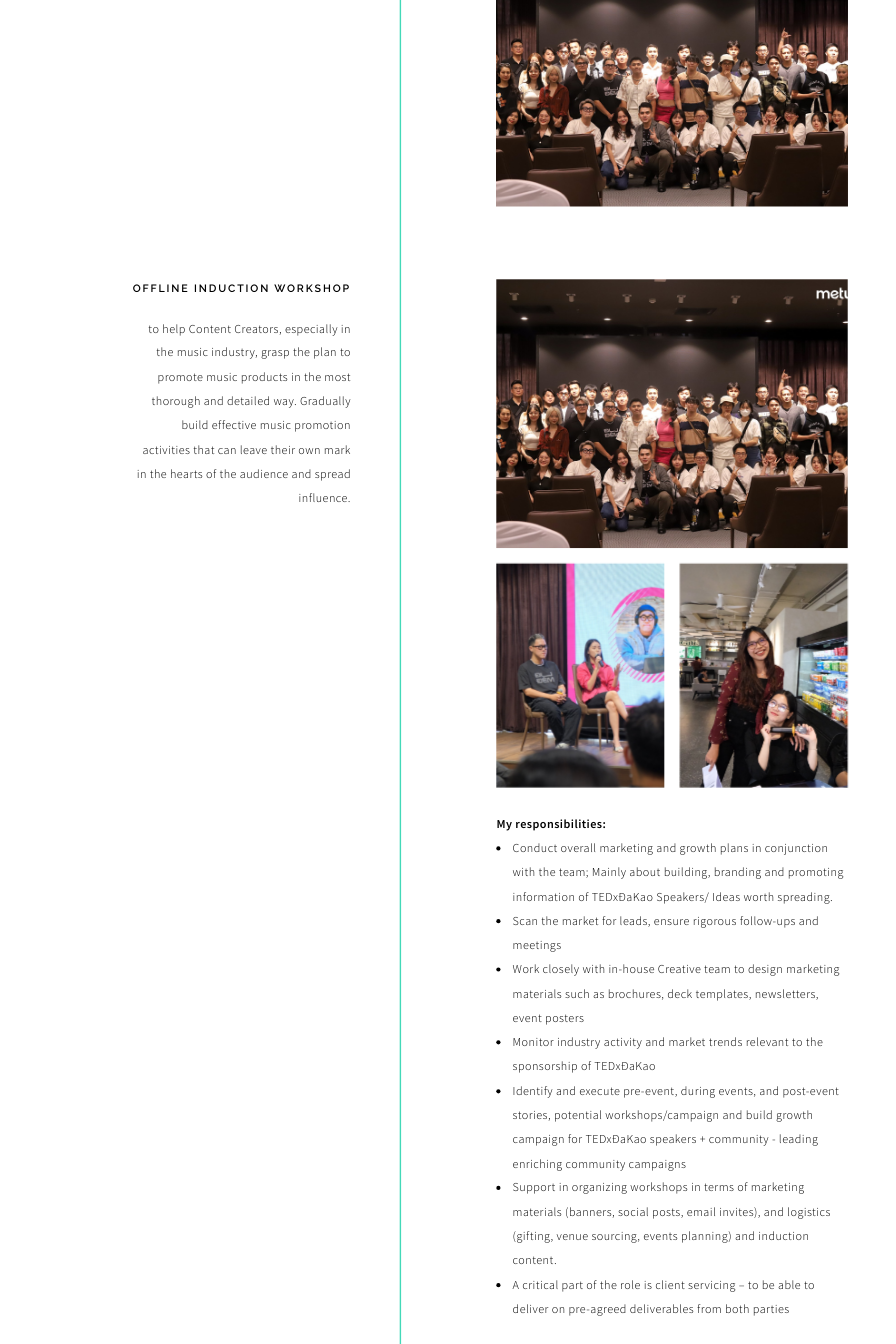
Repository: leonardin999/linh-porfolios
Page: index.html
An editor plug-in stored every save of this project. The page is shown before and after the next save, followed by the edit.
The browser window is 1280 px wide. The pictures show the part of the page from y = 4580 to 6500 px (the page is 8675 px tall before and 8693 px after), at 70% of full size.

Above is the page before, as saved 2023-01-24 21:01:51.

After the next save:
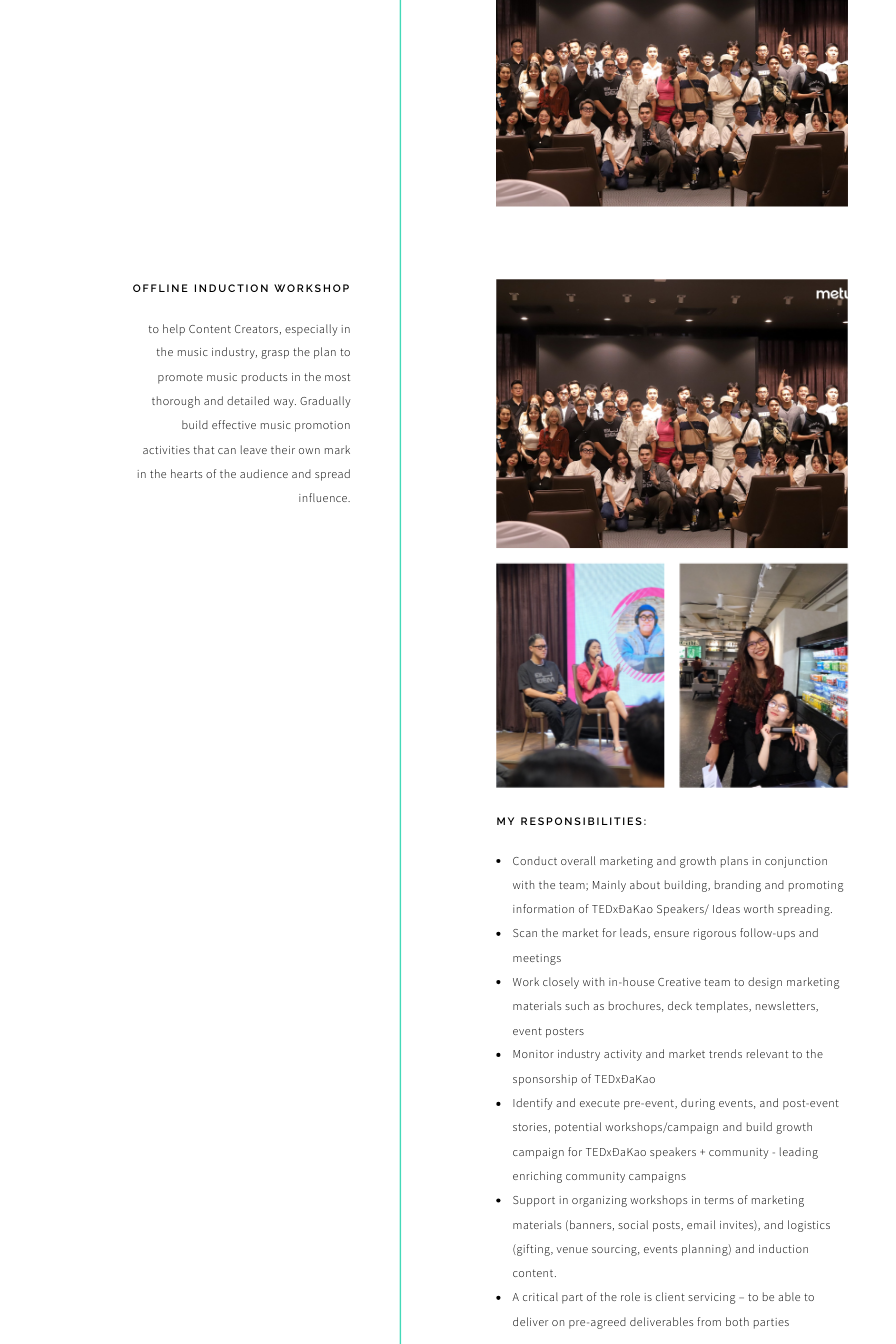
Saved 23 s later.
--- a/index.html
+++ b/index.html
@@ -173,7 +173,7 @@
                 /></a>
               </div>
               <br>
-              <strong>My responsibilities:</strong>
+              <h4><strong>My responsibilities:</strong></h4>
               <ul class="">
                 <li class="">Conduct overall marketing and growth plans in conjunction with the team; Mainly about building, branding and promoting information of TEDxĐaKao Speakers/ Ideas worth spreading.</li>
                 <li class="">Scan the market for leads, ensure rigorous follow-ups and meetings</li>
